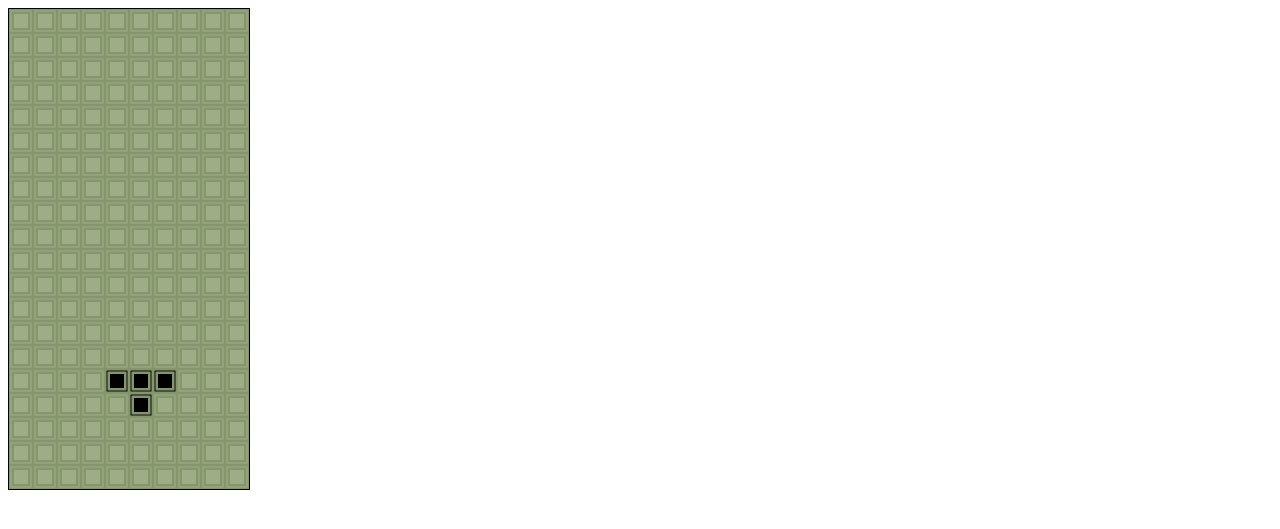
Repository: yzarc204/tetris-web
Page: index.html
The author's editor kept a copy of each file at every save. The page is drawn from the files as they stood at one save, then again after the next save.
The browser window is 1280 px wide. The pictures show the whole page.

Above is the page before, as saved 2021-09-20 20:32:55.

### index.html
<!DOCTYPE html>
<html lang="en">
<head>
    <meta charset="UTF-8">
    <meta http-equiv="X-UA-Compatible" content="IE=edge">
    <meta name="viewport" content="width=device-width, initial-scale=1.0">
    <title>Tetris</title>
    <style>
        canvas {
            border: 1px solid #000;
        }
    </style>
</head>
<body>
    <script src="js/const.js"></script>
    <script src="js/board.js"></script>
    <script src="js/pixel.js"></script>
    <script src="js/brick.js"></script>
    <script src="js/game.js"></script>
</body>
</html>

### js/const.js
const PIXEL_SIZE = 24;

const B = true;
const _ = false;

const ROW = 20;
const COL = 10;

const GAME_WIDTH = PIXEL_SIZE * COL;
const GAME_HEIGHT = PIXEL_SIZE * ROW;

const GAME_BG_COLOR = '#86966c';
const PIXEL_COLOR = '#000000';
const PIXEL_BG_COLOR = '#9EAD86';

const BRICK_SHAPES = [
    [
        [
            [B, B, B, B]
        ]
    ],
    [
        [B, B, B],
        [_, B, _]
    ]
];

### js/board.js
class Board
{
    constructor(tetris) {
        this.tetris = tetris;
        this.map = [];
        this.row = ROW;
        this.col = COL;
        this.init();
    }

    init() {
        for (let row = 0; row < this.row; row++) {
            let rowData = [];
            for (let col = 0; col < this.col; col++) {
                rowData.push(_);
            }
            this.map.push(rowData);
        }
    }

    addNewPixel(row, col) {
        this.map[row][col] = B;
    }

    isEmptyCell(row, col) {
        if (row > this.row-1 || col > this.col-1)
           return false;
        return this.map[row][col] == _;
    }

    draw() {
        for (let row = 0; row < this.row; row++) {
            for (let col = 0; col < this.col; col++) {
                let color = PIXEL_BG_COLOR;
                if (this.map[row][col] == B)
                    color = PIXEL_COLOR;
                new Pixel(this.tetris, row, col, color).draw();
            }
        }
    }
};

### js/pixel.js
class Pixel
{
    constructor(tetris, row, col, color) {
        this.tetris = tetris;
        this.row = row;
        this.col = col;
        this.color = color;
        this.size = PIXEL_SIZE;
    }

    isHitLeft() {
        return this.col == 0;
    }

    canMoveLeft() {
        if (this.isHitLeft())
            return false;
        if (!this.tetris.board.isEmptyCell(this.row, this.col-1))
            return false;
        return true;
    }

    moveLeft() {
        if (this.canMoveLeft())
            this.col--;
    }

    isHitRight() {
        return this.col == COL - 1;
    }

    canMoveRight() {
        if (this.isHitRight())
            return false;
        if (!this.tetris.board.isEmptyCell(this.row, this.col+1))
            return false;
        return true;
    }

    moveRight() {
        if (this.canMoveRight())
            this.col++;
    }

    isHitBottom() {
        return this.row == ROW-1;
    }

    canFall() {
        if (this.isHitBottom())
            return false;
        if (!this.tetris.board.isEmptyCell(this.row+1, this.col))
            return false;
        return true;
    }

    fall() {
        if (this.canFall())
            this.row++;
    }

    draw() {
        const x = this.row * this.size;
        const y = this.col * this.size;
        // Set color
        this.tetris.ctx.fillStyle = this.color;
        this.tetris.ctx.strokeStyle = this.color;
        this.tetris.ctx.lineWidth = 1;
        // Draw outline
        this.tetris.ctx.strokeRect(y+2, x+2, this.size-4, this.size-4);
        // Draw area
        this.tetris.ctx.fillRect(y+5, x+5, this.size-10, this.size-10, this.color);
    }
};

### js/brick.js
class Brick {
    constructor(tetris, row, col, shape) {
        this.tetris = tetris;
        this.row = 0;
        this.col = 4;
        this.map = BRICK_SHAPES[shape];
        this.pixels = [];
        this.color = PIXEL_COLOR;
        this.init();
    }

    init() {
        for (let row = 0; row < this.map.length; row++) {
            for (let col = 0; col < this.map[0].length; col++) {
                if (this.map[row][col] == B) {
                    let newPixel = new Pixel(this.tetris, this.row+row, this.col+col, PIXEL_COLOR);
                    this.pixels.push(newPixel);
                }
            }
        }
    }

    canFall() {
        this.pixels.forEach(pixel => {
            if (!pixel.canFall())
                return false;
        });
        return true;
    }

    fall() {
        if (this.canFall()) {
            this.pixels.forEach(pixel => pixel.fall());
            this.row++;
        }
    }

    update() {
        this.fall();
    }

    draw() {
        this.pixels.forEach(pixel => pixel.draw());
    }
};

### js/game.js
class Tetris {
    constructor() {
        this.cvs = null;
        this.ctx = null;
        this.board = null;
        this.brick = null;
        this.score = 0;
        this.init();
        this.startGame();
        this.gameLoop = setInterval(() => this.loop(), 333);
    }

    init() {
        // Create canvas
        this.cvs = document.createElement('canvas');
        this.cvs.width = GAME_WIDTH;
        this.cvs.height = GAME_HEIGHT;
        document.body.appendChild(this.cvs);

        this.ctx = this.cvs.getContext('2d');
    }

    startGame() {
        this.board = new Board(this);
        this.brick = new Brick(this, 4, 3, 1);
        // this.pixel = new Pixel(this, 0, 4, PIXEL_COLOR);
        // this.pixel2 = new Pixel(this, 3, 4, PIXEL_COLOR);
    }

    clrscr() {
        this.ctx.fillStyle = GAME_BG_COLOR;
        this.ctx.fillRect(0, 0, GAME_WIDTH, GAME_HEIGHT);
    }

    loop() {
        this.clrscr();
        this.update();
        this.draw();
    }

    update() {
        // this.pixel.fall();
        // this.pixel2.fall();
        this.brick.update();
    }

    draw() {
        this.board.draw();
        this.brick.draw();
        // this.pixel.draw();
        // this.pixel2.draw();
    }
};

const tetris = new Tetris();

After the next save:
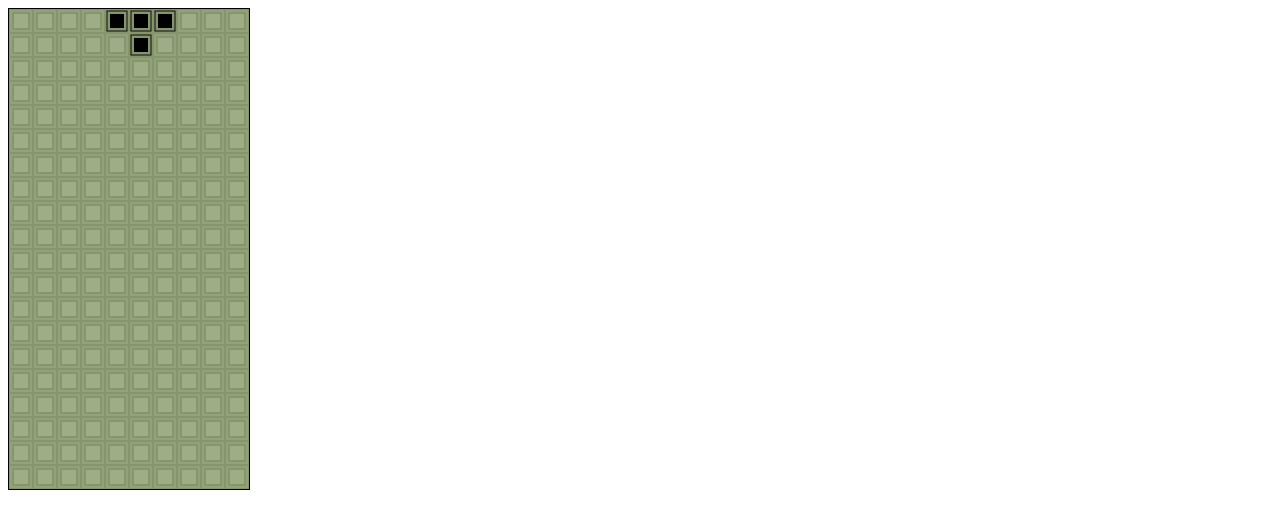
Saved 57 s later.
--- a/js/brick.js
+++ b/js/brick.js
@@ -21,11 +21,7 @@
     }
 
     canFall() {
-        this.pixels.forEach(pixel => {
-            if (!pixel.canFall())
-                return false;
-        });
-        return true;
+        let doesCanFall = true;
     }
 
     fall() {

After the 2 saves that followed:
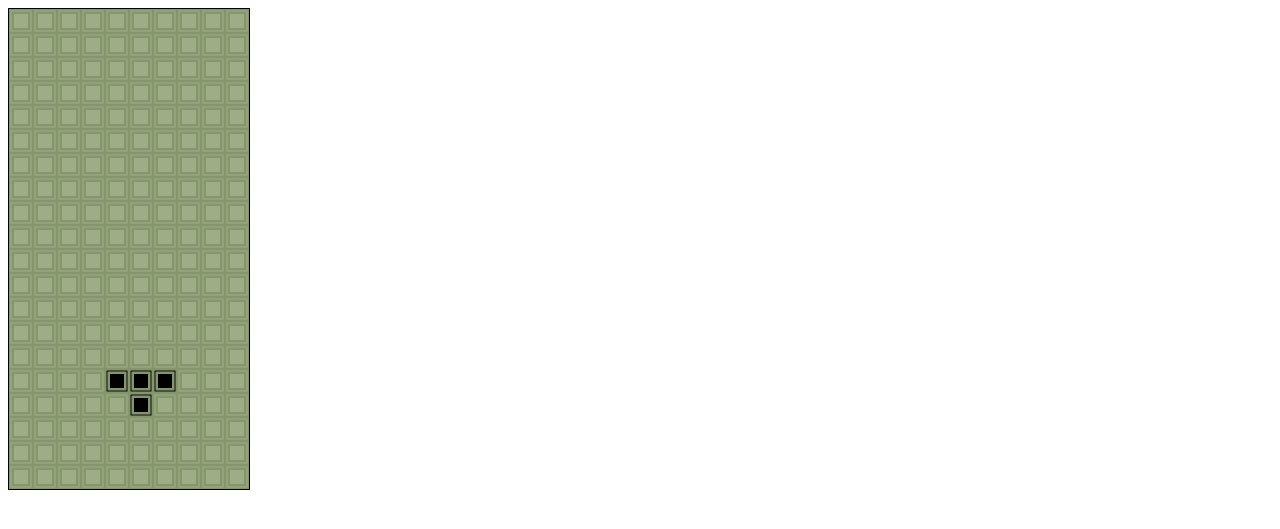
The 2 saves are shown as one change because 1 left the picture as it was.
The last was saved 35 s later.
--- a/js/brick.js
+++ b/js/brick.js
@@ -22,6 +22,11 @@
 
     canFall() {
         let doesCanFall = true;
+        this.pixels.forEach(pixel => {
+            if (!pixel.canFall())
+                doesCanFall = false;
+        })
+        return doesCanFall;
     }
 
     fall() {
